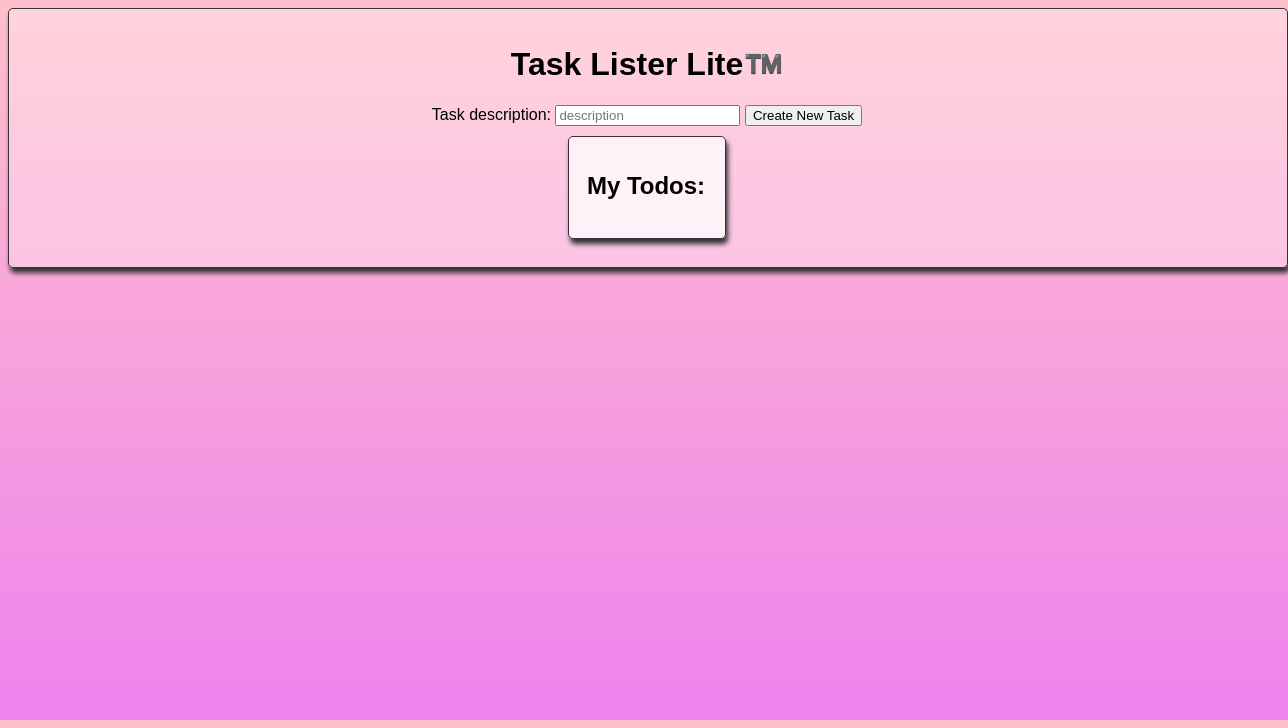
Repository: PEEZYBEE/phase-1-tasklister-mini-project
Page: index.html
The author's editor kept a copy of each file at every save. The page is drawn from the files as they stood at one save, then again after the next save.
The browser window is 1280 px wide. The page is 1288 px wide, then 1280 px, so the pictures cover 1288 px, including what lies to the right of the window. The pictures show the whole page.

Above is the page before, as saved 2025-03-15 17:14:33.

### index.html
<!DOCTYPE HTML>
<html lang="en">
<head>
  <meta charset="UTF-8">
  <title>Flatiron Task Lister</title>
  <link rel="stylesheet" href="./style.css">
</head>
<body>
  <div id="main-content">
    <h1>Task Lister Lite™️</h1>

    <form id="create-task-form" action="" method="POST">
      <label for="new-task-description">Task description:</label>
      <input type="text" id="new-task-description" name="new-task-description" placeholder="description">
      <input type="submit" value="Create New Task">
    </form>

    <div id="list">
      <h2>My Todos:</h2>
      <ul id="tasks">
      </ul>
    </div>

    <script src="./src/index.js"></script>
  </div>

</body>
</html>

### style.css
html {
  height: 100%;
  width: 100%;
  font-family: "Titillium Web", sans-serif;
}

body {
  min-height: 100%;
  min-width: 100%;
  background: linear-gradient(pink, violet);
}

button {
  font-size: 7px;
}

#main-content {
  position: relative;
  display: flex;
  justify-content: center;
  align-items: center;
  flex-direction: column;
  border: 1px solid #333;
  background: rgba(255, 255, 255, 0.3);
  padding: 15px 20px 18px 18px;
  border-radius: 5px;
  box-shadow: 2px 5px 5px #333;
}

#list {
  margin: 10px;
  border: 1px solid #333;
  background: rgba(255, 255, 255, 0.75);
  padding: 15px 20px 18px 18px;
  border-radius: 5px;
  box-shadow: 2px 5px 5px #333;
}

### src/index.js
document.addEventListener("DOMContentLoaded", () => {
  // your code here
  const form = document.getElementById('create-task-form');
  const taskList = document.getElementById('tasks');
  const taskInput = document.getElementById('new-task-description');

  // Add event listener for form submission
  form.addEventListener('submit', function(event) {
    event.preventDefault();  // Prevent the default form submission behavior

    // Get the task description from the input field
    const taskDescription = taskInput.value.trim();

    if (taskDescription) {
      // Create a new list item for the task
      const taskItem = document.createElement('li');
      taskItem.textContent = taskDescription;

      // Optionally, add a delete button to each task
      const deleteButton = document.createElement('button');
      deleteButton.textContent = 'Delete';
      deleteButton.classList.add('delete-button');

      // Event listener to delete the task
      deleteButton.addEventListener('click', function() {
        taskItem.remove();
      });

      // Append the delete button to the task item
      taskItem.appendChild(deleteButton);

      // Append the task item to the task list
      taskList.appendChild(taskItem);

      // Clear the input field after adding the task
      taskInput.value = '';
    }
  });
});

After the next save:
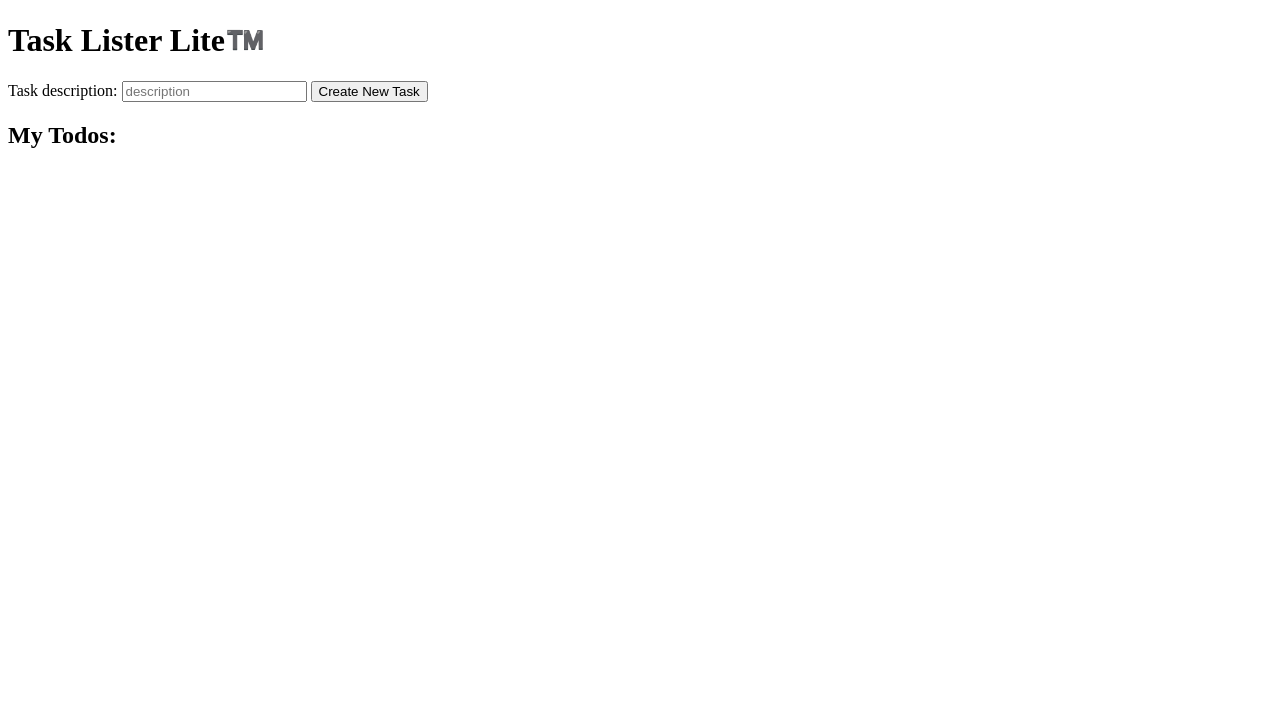
Saved 44 s later.
--- a/style.css
+++ b/style.css
@@ -1,37 +1,36 @@
-html {
-  height: 100%;
-  width: 100%;
-  font-family: "Titillium Web", sans-serif;
-}
+const form = document.getElementById('create-task-form');
+  const taskList = document.getElementById('tasks');
+  const taskInput = document.getElementById('new-task-description');
 
-body {
-  min-height: 100%;
-  min-width: 100%;
-  background: linear-gradient(pink, violet);
-}
+  // Add event listener for form submission
+  form.addEventListener('submit', function(event) {
+    event.preventDefault();  // Prevent the default form submission behavior
 
-button {
-  font-size: 7px;
-}
+    // Get the task description from the input field
+    const taskDescription = taskInput.value.trim();
 
-#main-content {
-  position: relative;
-  display: flex;
-  justify-content: center;
-  align-items: center;
-  flex-direction: column;
-  border: 1px solid #333;
-  background: rgba(255, 255, 255, 0.3);
-  padding: 15px 20px 18px 18px;
-  border-radius: 5px;
-  box-shadow: 2px 5px 5px #333;
-}
+    if (taskDescription) {
+      // Create a new list item for the task
+      const taskItem = document.createElement('li');
+      taskItem.textContent = taskDescription;
 
-#list {
-  margin: 10px;
-  border: 1px solid #333;
-  background: rgba(255, 255, 255, 0.75);
-  padding: 15px 20px 18px 18px;
-  border-radius: 5px;
-  box-shadow: 2px 5px 5px #333;
-}
+      // Optionally, add a delete button to each task
+      const deleteButton = document.createElement('button');
+      deleteButton.textContent = 'Delete';
+      deleteButton.classList.add('delete-button');
+
+      // Event listener to delete the task
+      deleteButton.addEventListener('click', function() {
+        taskItem.remove();
+      });
+
+      // Append the delete button to the task item
+      taskItem.appendChild(deleteButton);
+
+      // Append the task item to the task list
+      taskList.appendChild(taskItem);
+
+      // Clear the input field after adding the task
+      taskInput.value = '';
+    }
+  });
